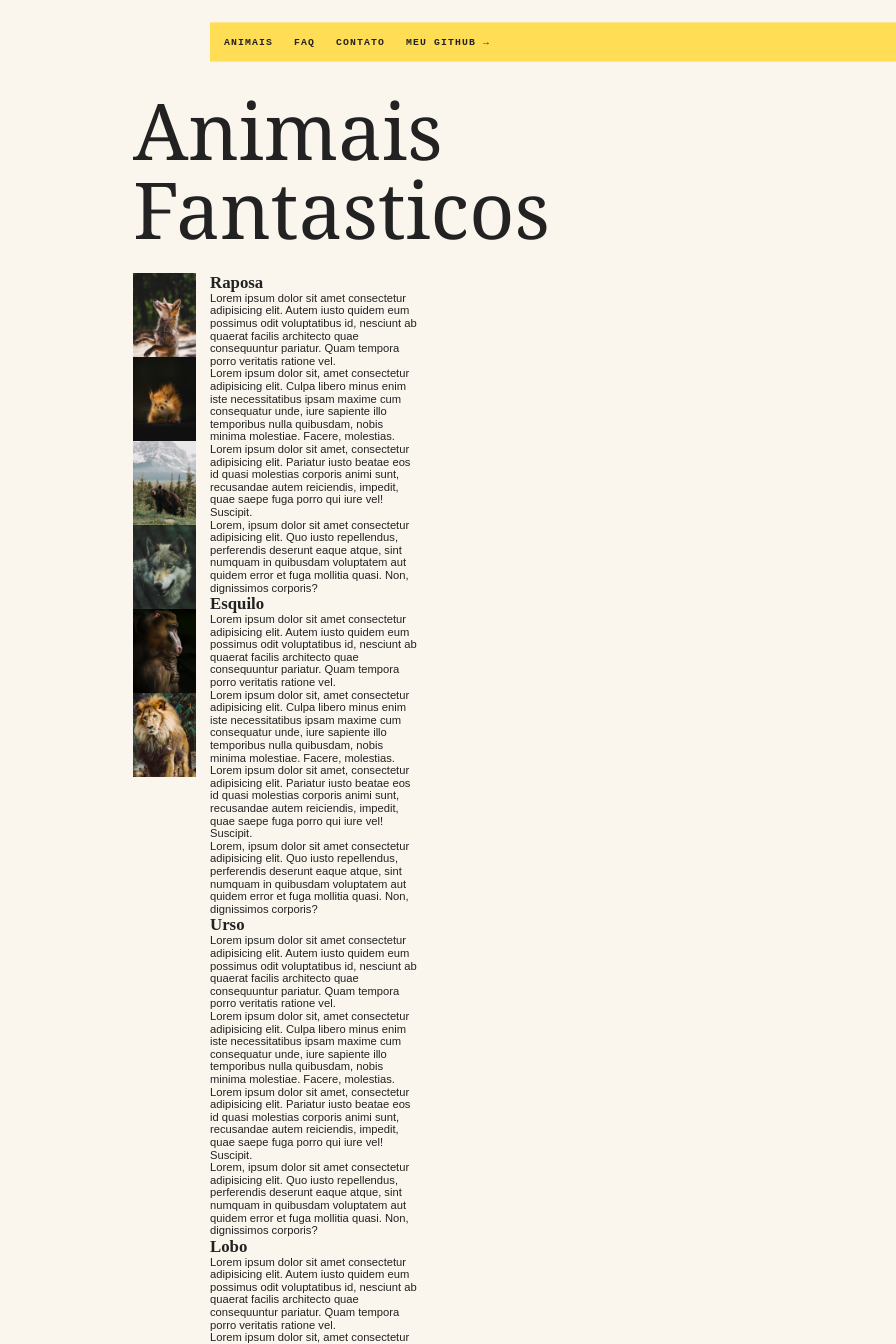
Repository: meiotera/animaisPagina
Page: index.html
These files come from the project's save history. The page is drawn as it stood at one moment and after the next save; the edit follows.
The browser window is 1280 px wide. The pictures show the part of the page from y = 0 to 1920 px (the page is 4416 px tall before and 4971 px after), at 70% of full size.

Above is the page before, as saved 2025-05-02 10:03:23.

After the next save:
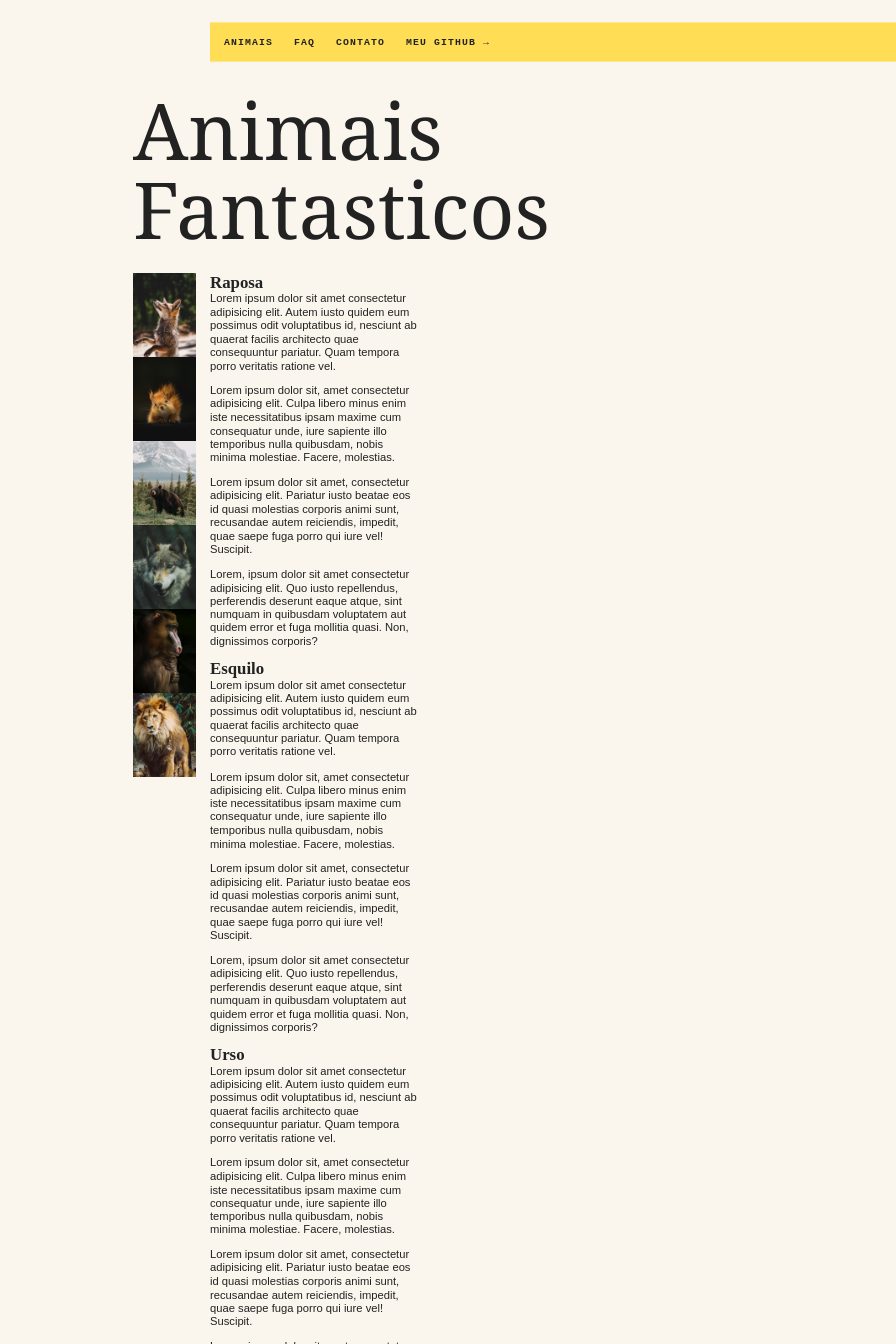
Saved 20 s later.
--- a/css/style.css
+++ b/css/style.css
@@ -78,4 +78,6 @@
 
 .animais p {
   font-family: Arial, Helvetica, sans-serif;
+  line-height: 1.2;
+  margin-bottom: 1rem;
 }
